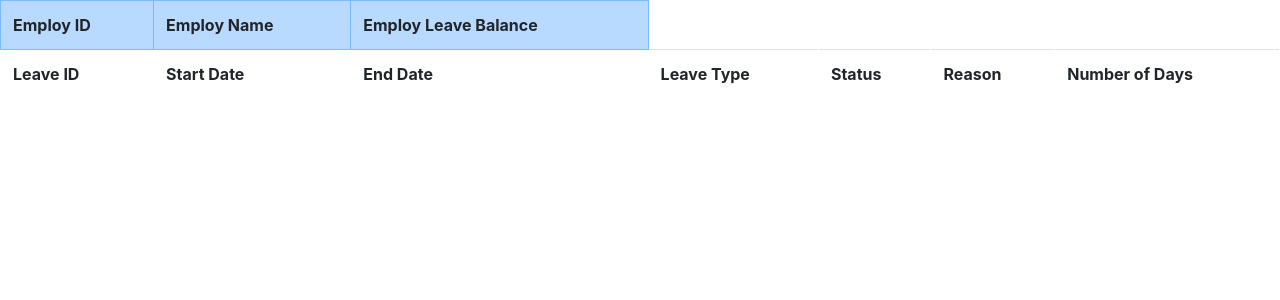
Repository: rkmr039/EMS_PROJECT
Page: http://localhost/EMS/EmpLeaves.jsp
The author's editor kept a copy of each file at every save. The page is drawn from the files as they stood at one save, then again after the next save.
The browser window is 1280 px wide. The pictures show the whole page.
The page is served by Tomcat 9. Other server files are loaded and not shown.

Above is the page before, as saved 2019-08-27 11:39:30.
Console error: TypeError: Cannot read properties of undefined (reading 'fn')

### EMS/WebContent/EmpLeaves.jsp
<%@ page language="java" contentType="text/html; charset=ISO-8859-1"
    pageEncoding="ISO-8859-1"%>
<!DOCTYPE html PUBLIC "-//W3C//DTD HTML 4.01 Transitional//EN" "http://www.w3.org/TR/html4/loose.dtd">
<html>
<head>
<link rel="stylesheet" href="https://stackpath.bootstrapcdn.com/bootstrap/4.3.1/css/bootstrap.min.css" integrity="sha384-ggOyR0iXCbMQv3Xipma34MD+dH/1fQ784/j6cY/iJTQUOhcWr7x9JvoRxT2MZw1T" crossorigin="anonymous">
<script src="https://stackpath.bootstrapcdn.com/bootstrap/4.3.1/js/bootstrap.min.js" integrity="sha384-JjSmVgyd0p3pXB1rRibZUAYoIIy6OrQ6VrjIEaFf/nJGzIxFDsf4x0xIM+B07jRM" crossorigin="anonymous"></script>

<meta http-equiv="Content-Type" content="text/html; charset=ISO-8859-1">
<title>Insert title here</title>
</head>
<body>
	<table class="table" border="1" bordercolor=white>
		<tr class="table-primary">
			<th>Employ ID</th>
			<th>Employ Name</th>
			<th>Employ Leave Balance</th>
		</tr>
		<tr>
			<th>Leave ID</th>
			<th>Start Date</th>
			<th>End Date</th>
			<th>Leave Type</th>
			<th>Status</th>
			<th>Reason</th>
			<th>Number of Days</th>
		</tr>
	</table>

	<script src="https://code.jquery.com/jquery-3.3.1.slim.min.js" integrity="sha384-q8i/X+965DzO0rT7abK41JStQIAqVgRVzpbzo5smXKp4YfRvH+8abtTE1Pi6jizo" crossorigin="anonymous"></script>
<script src="https://cdnjs.cloudflare.com/ajax/libs/popper.js/1.14.7/umd/popper.min.js" integrity="sha384-UO2eT0CpHqdSJQ6hJty5KVphtPhzWj9WO1clHTMGa3JDZwrnQq4sF86dIHNDz0W1" crossorigin="anonymous"></script>

</body>
</html>

After the next save:
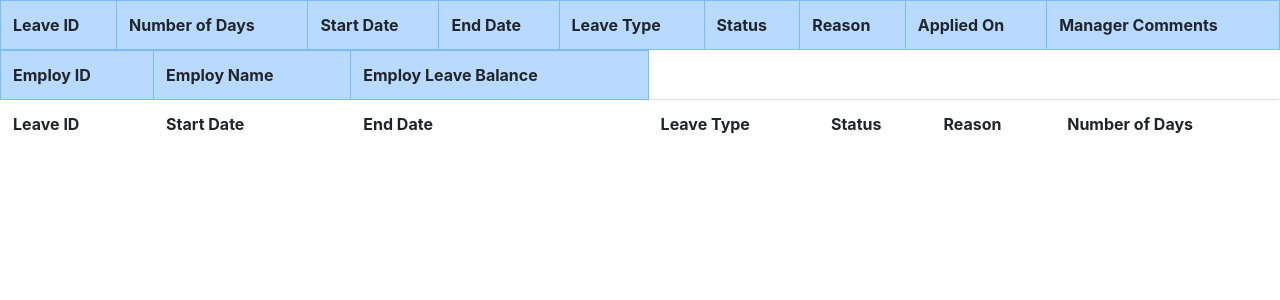
Saved 41 min 0 s later.
--- a/EMS/WebContent/EmpLeaves.jsp
+++ b/EMS/WebContent/EmpLeaves.jsp
@@ -10,6 +10,19 @@
 <title>Insert title here</title>
 </head>
 <body>
+<div class="table-wrapper-scroll-y my-custom-scrollbar">
+	<table class="table table-striped mb-0" border="1" bordercolor=white>
+		<tr class="table-primary">
+			<th>Leave ID</th>
+			<th>Number of Days</th>
+			<th>Start Date</th>
+			<th>End Date</th>
+			<th>Leave Type</th>
+			<th>Status</th>
+			<th>Reason</th>
+			<th>Applied On</th>
+			<th>Manager Comments</th>
+		</tr>
 	<table class="table" border="1" bordercolor=white>
 		<tr class="table-primary">
 			<th>Employ ID</th>
@@ -26,6 +39,7 @@
 			<th>Number of Days</th>
 		</tr>
 	</table>
+	</div>
 
 	<script src="https://code.jquery.com/jquery-3.3.1.slim.min.js" integrity="sha384-q8i/X+965DzO0rT7abK41JStQIAqVgRVzpbzo5smXKp4YfRvH+8abtTE1Pi6jizo" crossorigin="anonymous"></script>
 <script src="https://cdnjs.cloudflare.com/ajax/libs/popper.js/1.14.7/umd/popper.min.js" integrity="sha384-UO2eT0CpHqdSJQ6hJty5KVphtPhzWj9WO1clHTMGa3JDZwrnQq4sF86dIHNDz0W1" crossorigin="anonymous"></script>
